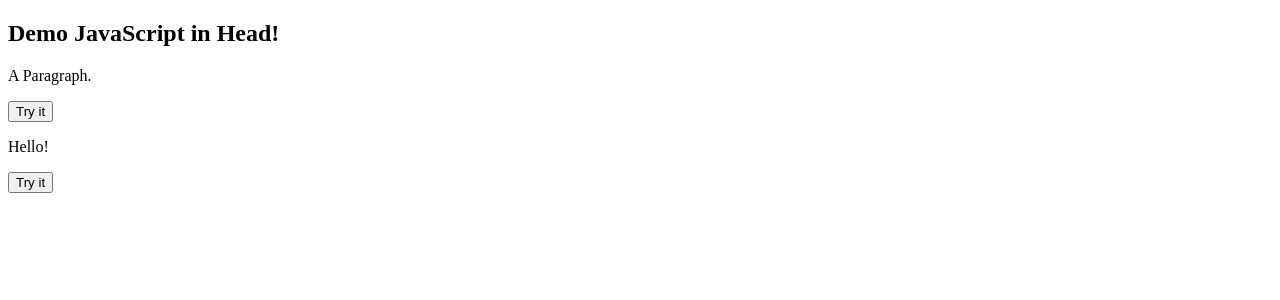
Repository: gautamsonam011/JS-Course
Page: paragraphchanged.html
The author's editor kept a copy of each file at every save. The page is drawn from the files as they stood at one save, then again after the next save.
The browser window is 1280 px wide. The pictures show the whole page.

Above is the page before, as saved 2025-05-09 13:53:22.
Console error: TypeError: Cannot set properties of null (setting 'innerHTML')

After the next save:
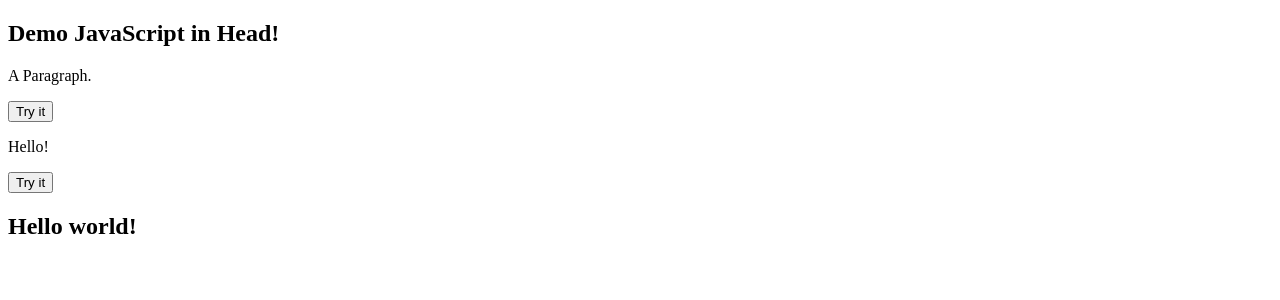
Saved 8 min 16 s later.
--- a/paragraphchanged.html
+++ b/paragraphchanged.html
@@ -21,5 +21,14 @@
     <!-- external javascript  -->
     <p id="demo1">Hello!</p>
     <button type="button" onclick="myFunctionChange()">Try it</button>
+
+    <!-- javascript display possibilities  -->
+
+    <!-- writing into an HTML element, using innerHTML or innerText.  -->
+
+    <p id="tag"></p>
+    <script>
+        document.getElementById("tag").innerHTML = "<h2>Hello world!</h2>"
+    </script>
 </body>
 </html>
